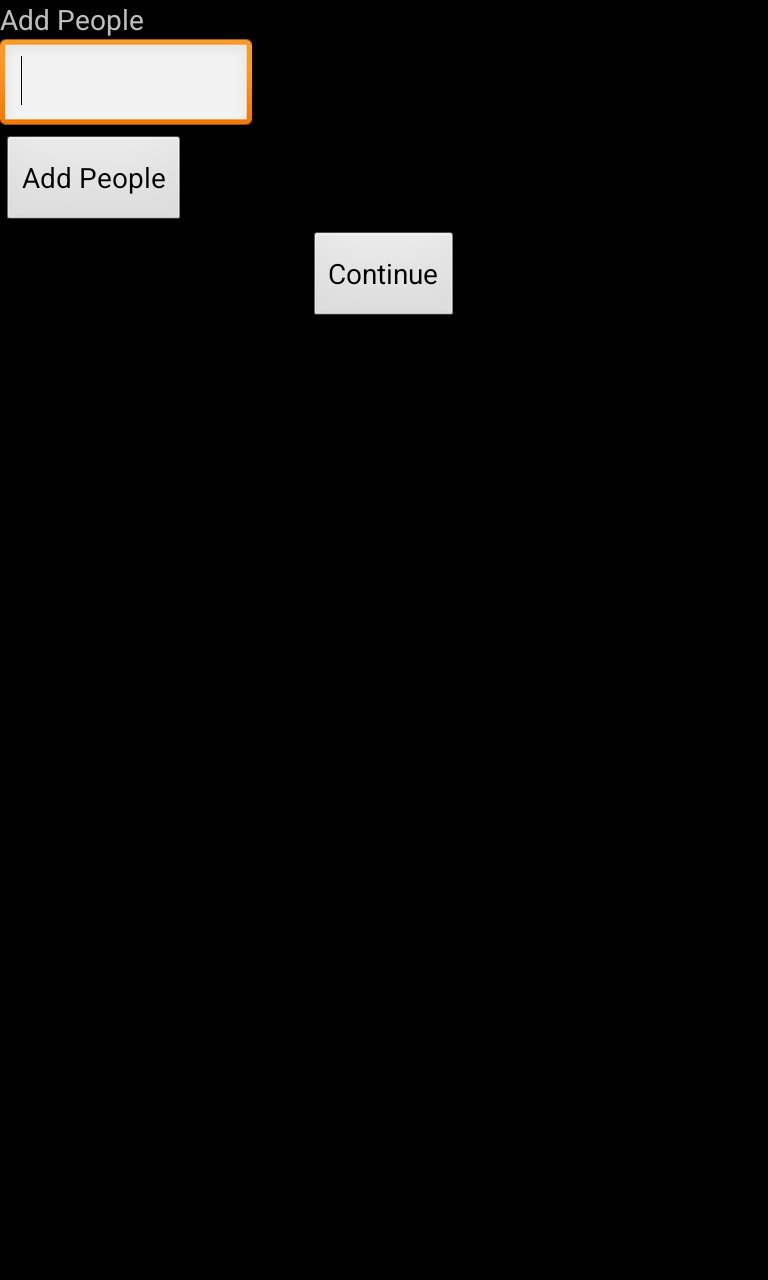
Repository: iyeranan/Expenses
Layout: Expenses/res/layout/main.xml
The author's editor kept a copy of each file at every save. The layout is drawn from the files as they stood at one save, then again after the next save.
It is drawn on a 768 x 1280 px phone screen (xhdpi) without system bars, with theme android:Theme; the app's code is not run.

Above is the layout before, as saved 2012-01-09 03:29:05.

After the next save:
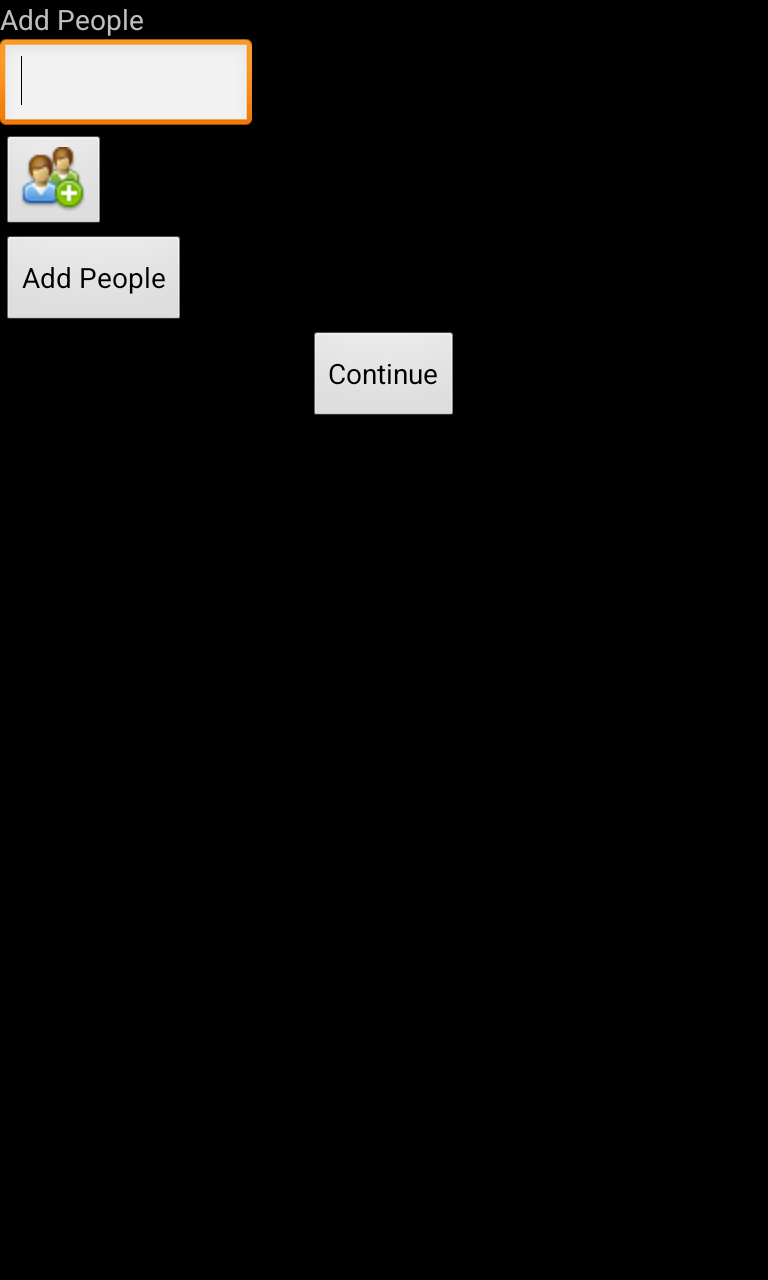
Saved 5 days later.
--- a/Expenses/res/layout/main.xml
+++ b/Expenses/res/layout/main.xml
@@ -10,6 +10,7 @@
 <EditText android:layout_height="wrap_content" android:id="@+id/textPerson" android:layout_width="126dp">
     <requestFocus></requestFocus>
 </EditText>
+<ImageButton android:src="@drawable/add_person" android:id="@+id/btnAddPeople" android:layout_height="wrap_content" android:layout_width="wrap_content"></ImageButton>
 <Button android:layout_width="wrap_content" android:layout_height="wrap_content" android:text="Add People" android:id="@+id/btnAddPeople"></Button>
 <TableLayout android:layout_width="fill_parent" android:layout_height="wrap_content" android:id="@+id/tblPersons">
 </TableLayout>
